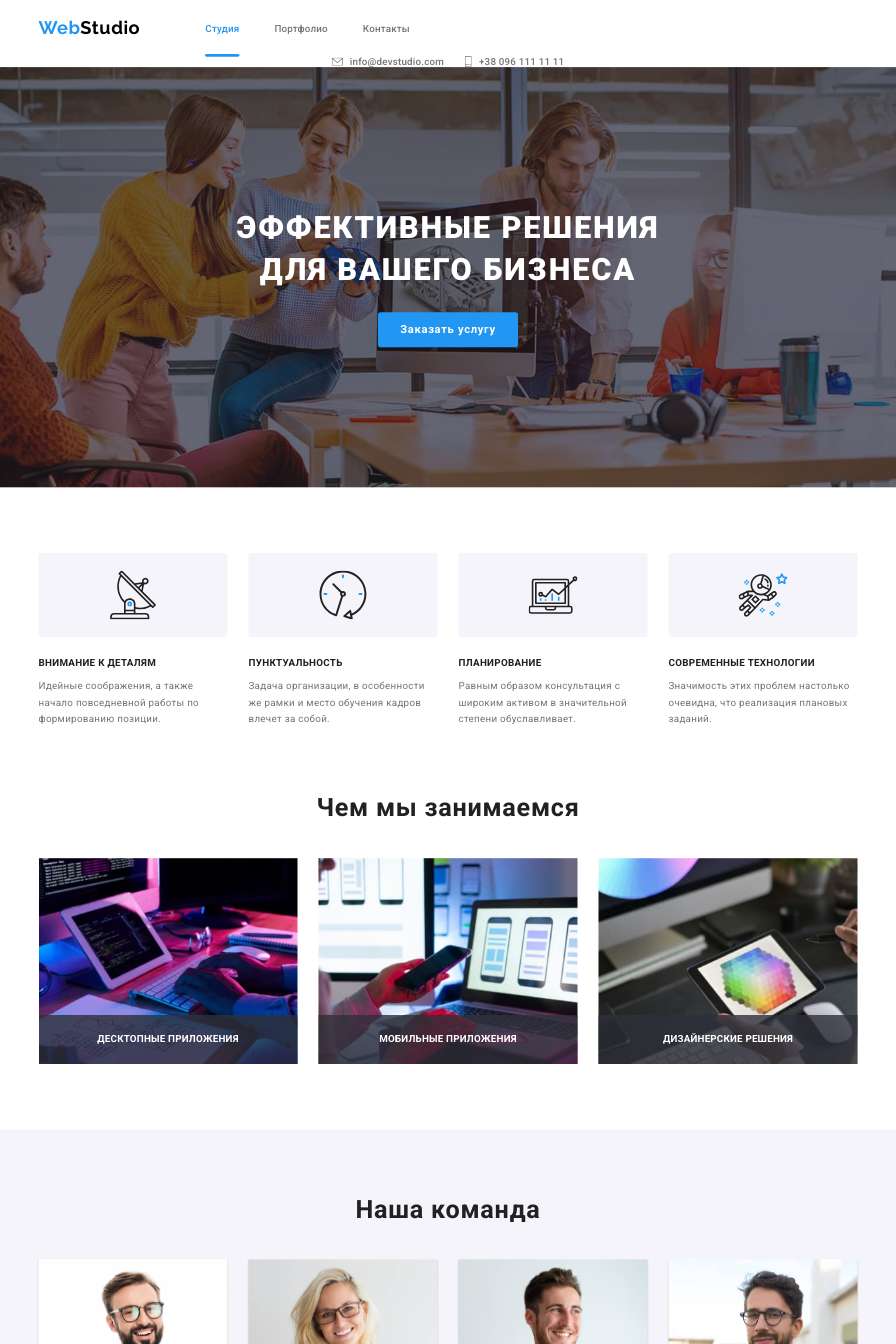
Repository: UliyaKucherernko/home-work-8
Page: index.html
These files come from the project's save history. The page is drawn as it stood at one moment and after the next save; the edit follows.
The browser window is 1280 px wide. The pictures show the part of the page from y = 0 to 1920 px (the page is 2941 px tall before and 2926 px after), at 70% of full size.
Some web libraries are served in a nearby version. The style sheet was rebuilt from its Sass, Less or Tailwind sources for each picture, by a compiler version that may differ from the author's.

Above is the page before, as saved 2021-05-04 19:18:15.

### index.html
<!DOCTYPE html>
<html lang="en-ru">
  <head>
    <meta charset="UTF-8" />
    <meta http-equiv="X-UA-Compatible" content="IE=edge" />
    <meta name="viewport" content="width=device-width, initial-scale=1.0" />
    <title>WebStudio Главная</title>
    <link rel="stylesheet" href="https://cdnjs.cloudflare.com/ajax/libs/modern-normalize/1.0.0/modern-normalize.min.css" />
    <link rel="preconnect" href="https://fonts.gstatic.com" />
    <link href="https://fonts.googleapis.com/css2?family=Raleway:wght@700&family=Roboto:wght@400;500;700;900&display=swap" rel="stylesheet" />
    <link rel="stylesheet" href="./css/styles.min.css" />
  </head>
  <body>
    <header class="header">
      <div class="container header__container">
        <nav class="navigation">
          <a href="index.html" class="link logo">
            <span class="web">Web</span><span class="studio">Studio</span></a>
          <ul class="list">
            <li class="header__menu-item">
              <a href="./index.html" class="link header__menu-link current">Студия</a>
            </li>
            <li class="header__menu-item">
              <a href="./porfolio.html" class="link header__menu-link">Портфолио</a>
            </li>
            <li class="header__menu-item">
              <a href="/Contacts" class="link header__menu-link">Контакты</a>
            </li>
          </ul>
        </nav>
        <div class="list header__contact-item">
                    <a class="link header__link" href="mailto:info@devstudio.com">
              <svg class="header__icon" width="16" height="12">
                <use href="./images/icons-sprite.svg#icon-mail"></use>
              </svg>
              info@devstudio.com
            </a>
            <a class="link header__link" href="tel:+380961111111">
              <svg class="header__icon" width="10" height="16">
                <use href="./images/icons-sprite.svg#icon-phone"></use>
              </svg>
              +38 096 111 11 11
            </a>
        </div>
      </div>
    </header>

    <main>
      <!--особенности-->
      <section class="hero__section overlay">
        <div class="container hero">
           <h1 class="hero__sleng">Эффективные решения для вашего бизнеса</h1>
           <button data-modal-open type="button" class="hero__btn">Заказать услугу</button>
     <!-- модалка -->
           <div class="backdrop is-hidden" data-modal>
              <div class="modal">
               <button data-modal-close type="button" class="modal__btn">
                 <svg class="modal__icon-close" width="18" height="18">
                   <use href="./images/icons-sprite.svg#icon-close-black"></use>
                 </svg>
               </button>
              <form class="modal__form">
               <p class="modal__title">Оставьте свои данные, мы вам перезвоним</p>
                  <label for="name" class="modal__lable">Имя</label>
                    <div class="modal__form-block">
                      <input type="text" name="name" required class="modal__input" id="name" />
                        <svg class="modal__icon" width="18" height="18">
                          <use href="./images/icons-sprite.svg#icon-person-black"></use>
                        </svg>
                    </div>
                    <label for="tel" class="modal__lable">Телефон</label>
                    <div class="modal__form-block">
                      <input type="tel" name="tel" required class="modal__input" id="tel" />
                      <svg class="modal__icon" width="18" height="18">
                        <use href="./images/icons-sprite.svg#icon-phone-black"></use>
                      </svg>
                    </div>
                    <label for="mail" class="modal__lable">Почта</label>
                    <div class="modal__form-block">
                      <input type="email" name="email" required class="modal__input" id="mail" />
                      <svg class="modal__icon" width="18" height="18">
                        <use href="./images/icons-sprite.svg#icon-email-black"></use>
                      </svg>
                    </div>
                    <label for="commints" class="modal__lable">Коментарий
                    <textarea name="commints" id="commints" rows="8" class="modal__commint" placeholder="Введите текст"></textarea>
                  </label>

                  <div class="contract">
                    <label class="contract-text">
                      <input type="checkbox" name="confirm">
                      <span contenteditable="" class="contract-checkbox"></span>Соглашаюсь с рассылкой и принимаю
                      <a href="" class="contract__link">Условия договора</a>
                    </label>
                    </div>
                    <button type="submit" class="modal__button-close">Отправить</button>
                  </form>
           </div>
           </div>
        </div>

      </section>
      <!--требования к команде-->
      <section class="features">
        <div class="container">
          <ul class="feature__list">
            <li class="feature__item">
                 <div class="feature__icon">
                   <svg class="features__icon" width="70" height="70">
                    <use href="./images/icons-sprite.svg#icon-antenna"></use>
                   </svg>
                  </div>
                <h3 class="feature__main-text">Внимание к деталям</h3>
                <p class="feature__text">
                  Идейные соображения, а также начало повседневной работы по
                  формированию позиции.</p>
            </li>
          <li class="feature__item">
              <div class="feature__icon">
                <svg class="features__icon" width="70" height="70">
                  <use href="./images/icons-sprite.svg#icon-clock"></use>
                </svg>
              </div>
               <h3 class="feature__main-text">Пунктуальность</h3>
                <p class="feature__text">
                  Задача организации, в особенности же рамки и место обучения
                  кадров влечет за собой.
                </p>
           </li>
          <li class="feature__item">
             <div class="feature__icon">
                <svg class="features__icon" width="70" height="70">
                  <use href="./images/icons-sprite.svg#icon-diagram"></use>
                </svg>
              </div>
              <h3 class="feature__main-text">Планирование</h3>
                <p class="feature__text">
                  Равным образом консультация с широким активом в значительной
                  степени обуславливает.
                </p>
            </li>
            <li class="feature__item">
              <div class="feature__icon">
                <svg class="features__icon" width="70" height="70">
                  <use href="./images/icons-sprite.svg#icon-astronaut"></use>
                </svg>
              </div>
                <h3 class="feature__main-text">Современные технологии</h3>
                <p class="feature__text">
                  Значимость этих проблем настолько очевидна, что реализация
                  плановых заданий. </p>
              </li>
          </ul>
        </div>
      </section>

      <!--3 бокса-->
      <section class="work">
        <div class="container">
          <h2 class="section-title">Чем мы занимаемся</h2>
          <ul class="work__boxes">
            <li class="work__box-product">
               <img src="./images/box-1.jpg" alt="работа на планшете" width="370"/>
               <div class="work__content">
                <p>Десктопные приложения</p>
              </div>
            </li>
            <li class="work__box-product">
                <img src="./images/box-2.jpg" alt="мобильные приложения" width="370"/>
                <div class="work__content">
                  <p>Мобильные приложения</p>
                </div>
            </li>
            <li class="work__box-product">
                <img src="./images/box-3.jpg" alt="цветные соты на планшете" width="370"/>
                <div class="work__content">
                  <p>Дизайнерские решения</p>
                </div>
              </li>
          </ul>
        </div>
      </section>

      <!--Команда-->
      <section class="team">
        <div class="container">
          <h2 class="section-title">Наша команда</h2>
          <ul class="team__body">
            <li class="team__card">
              <img
                src="./images/igor.jpg"
                alt="парень в очках с бородой и в бордовой рубашке"
                width="270"
                height="260"
              />
              <div class="team__names">
                <h3 class="names">Игорь Демьяненко</h3>
                <p lang="en" class="team__profession">Product Designer</p>
                <ul class="social-icons">
                  <li class="social-icon-item">
                    <a href="" class="social-icon-link team__icon">
                      <svg>
                        <use
                          href="./images/icons-sprite.svg#icon-instagram"
                        ></use>
                      </svg>
                    </a>
                  </li>
                  <li class="social-icon-item">
                    <a href="" class="social-icon-link team__icon">
                      <svg>
                        <use
                          href="./images/icons-sprite.svg#icon-twitter"
                        ></use>
                      </svg>
                    </a>
                  </li>
                  <li class="social-icon-item">
                    <a href="" class="social-icon-link team__icon">
                      <svg>
                        <use
                          href="./images/icons-sprite.svg#icon-facebook"
                        ></use>
                      </svg>
                    </a>
                  </li>
                  <li class="social-icon-item">
                    <a href="" class="social-icon-link team__icon">
                      <svg>
                        <use
                          href="./images/icons-sprite.svg#icon-linkedin"
                        ></use>
                      </svg>
                    </a>
                  </li>
                </ul>
              </div>
            </li>
            <li class="team__card">
              <img
                src="./images/olga.jpg"
                alt="бизнесс блондинка в очках"
                width="270"
                height="260"
              />
              <div class="team__names">
                <h3 class="names">Ольга Репина</h3>
                <p lang="en" class="team__profession">Frontend Developer</p>
                <ul class="social-icons">
                  <li class="social-icon-item">
                    <a href="" class="social-icon-link team__icon">
                      <svg>
                        <use
                          href="./images/icons-sprite.svg#icon-instagram"
                        ></use>
                      </svg>
                    </a>
                  </li>
                  <li class="social-icon-item">
                    <a href="" class="social-icon-link team__icon">
                      <svg>
                        <use
                          href="./images/icons-sprite.svg#icon-twitter"
                        ></use>
                      </svg>
                    </a>
                  </li>
                  <li class="social-icon-item">
                    <a href="" class="social-icon-link team__icon">
                      <svg>
                        <use
                          href="./images/icons-sprite.svg#icon-facebook"
                        ></use>
                      </svg>
                    </a>
                  </li>
                  <li class="social-icon-item">
                    <a href="" class="social-icon-link team__icon">
                      <svg>
                        <use
                          href="./images/icons-sprite.svg#icon-linkedin"
                        ></use>
                      </svg>
                    </a>
                  </li>
                </ul>
              </div>
            </li>
            <li class="team__card">
              <img
                src="./images/nicolai.jpg"
                alt="парень в белой рубашке"
                width="270"
                height="260"
              />
              <div class="team__names">
                <h3 class="names">Николай Тарасов</h3>
                <p lang="en" class="team__profession">Marketing</p>
                <ul class="social-icons">
                  <li class="social-icon-item">
                    <a href="" class="social-icon-link team__icon">
                      <svg>
                        <use
                          href="./images/icons-sprite.svg#icon-instagram"
                        ></use>
                      </svg>
                    </a>
                  </li>
                  <li class="social-icon-item">
                    <a href="" class="social-icon-link team__icon">
                      <svg>
                        <use
                          href="./images/icons-sprite.svg#icon-twitter"
                        ></use>
                      </svg>
                    </a>
                  </li>
                  <li class="social-icon-item">
                    <a href="" class="social-icon-link team__icon">
                      <svg>
                        <use
                          href="./images/icons-sprite.svg#icon-facebook"
                        ></use>
                      </svg>
                    </a>
                  </li>
                  <li class="social-icon-item">
                    <a href="" class="social-icon-link team__icon">
                      <svg>
                        <use
                          href="./images/icons-sprite.svg#icon-linkedin"
                        ></use>
                      </svg>
                    </a>
                  </li>
                </ul>
              </div>
            </li>
            <li class="team__card">
              <img
                src="./images/mihael.jpg"
                alt="парень в черной футболке и в очках"
                width="270"
                height="260"
              />
              <div class="team__names">
                <h3 class="names">Михаил Ермаков</h3>
                <p lang="en" class="team__profession">UI Designer</p>
                <ul class="social-icons">
                  <li class="social-icon-item">
                    <a href="" class="social-icon-link team__icon">
                      <svg>
                        <use
                          href="./images/icons-sprite.svg#icon-instagram"
                        ></use>
                      </svg>
                    </a>
                  </li>
                  <li class="social-icon-item">
                    <a href="" class="social-icon-link team__icon">
                      <svg>
                        <use
                          href="./images/icons-sprite.svg#icon-twitter"
                        ></use>
                      </svg>
                    </a>
                  </li>
                  <li class="social-icon-item">
                    <a href="" class="social-icon-link team__icon">
                      <svg>
                        <use
                          href="./images/icons-sprite.svg#icon-facebook"
                        ></use>
                      </svg>
                    </a>
                  </li>
                  <li class="social-icon-item">
                    <a href="" class="social-icon-link team__icon">
                      <svg>
                        <use
                          href="./images/icons-sprite.svg#icon-linkedin"
                        ></use>
                      </svg>
                    </a>
                  </li>
                </ul>
              </div>
            </li>
          </ul>
        </div>
      </section>

      <!-- постоянные клиенты -->
      <section class="clients">
        <div class="container">
          <h2 class="section-title">Постоянные клиенты</h2>
          <ul class="clients__list">
            <li class="clients__item">
              <a class="client__link" href="">
                <svg class="client__logo" width="44" height="50">
                  <use href="./images/icons-sprite.svg#icon-logo-1"></use>
                </svg>
              </a>
            </li>
            <li class="clients__item">
              <a class="client__link" href="">
                <svg class="client__logo" width="40" height="52">
                  <use href="./images/icons-sprite.svg#icon-logo-2"></use>
                </svg>
              </a>
            </li>
            <li class="clients__item">
              <a class="client__link" href="">
                <svg class="client__logo" width="41" height="42">
                  <use href="./images/icons-sprite.svg#icon-logo-3"></use>
                </svg>
              </a>
            </li>
            <li class="clients__item">
              <a class="client__link" href="">
                <svg class="client__logo" width="79" height="42">
                  <use href="./images/icons-sprite.svg#icon-logo-4"></use>
                </svg>
              </a>
            </li>
            <li class="clients__item">
              <a class="client__link" href="">
                <svg class="client__logo" width="59" height="47">
                  <use href="./images/icons-sprite.svg#icon-logo-5"></use>
                </svg>
              </a>
            </li>
            <li class="clients__item">
              <a class="client__link" href="">
                <svg class="client__logo" width="88" height="45">
                  <use href="./images/icons-sprite.svg#icon-logo-6"></use>
                </svg>
              </a>
            </li>
          </ul>
        </div>
      </section>
    </main>

    <!--подвал-->
    <footer class="footer">
      <div class="container footer__container">
          <div class="footer__block">
            <a class="link logo" href="index.html">
              <span class="web">Web</span><span class="footer__studio">Studio</span></a>
            <address>
              <ul class="footer__list">
                <li>
                  <a href="" class="link footer__adress">г. Киев, пр-т Леси Украинки, 26</a>
                </li>
                <li>
                  <a href="mailto:info@example.com" class="link footer__contact">info@example.com</a>
                </li>
                <li>
                  <a href="+380991111111" class="link footer__contact">+38 099 111 11 11</a>
                </li>
              </ul>
            </address>
          </div>
          <div class="footer__block">
                         <p class="footer__sleng">присоединяйтесь</p>
                       <ul class="social-icons">
              <li class="social-icon-item">
                <a href="" class="social-icon-link footer__icon">
                  <svg>
                    <use href="./images/icons-sprite.svg#icon-instagram"></use>
                  </svg>
                </a>
              </li>
              <li class="social-icon-item">
                <a href="" class="social-icon-link footer__icon">
                  <svg>
                    <use href="./images/icons-sprite.svg#icon-twitter"></use>
                  </svg>
                </a>
              </li>
              <li class="social-icon-item">
                <a href="" class="social-icon-link footer__icon">
                  <svg>
                    <use href="./images/icons-sprite.svg#icon-facebook"></use>
                  </svg>
                </a>
              </li>
              <li class="social-icon-item">
                <a href="" class="social-icon-link footer__icon">
                  <svg>
                    <use href="./images/icons-sprite.svg#icon-linkedin"></use>
                  </svg>
                </a>
              </li>
            </ul>
        </div>
              <div class="footer__block">
                <p class="footer__sleng">подпишитесь на рассылку</p>
                 <form name="footer__form" class="footer__form" novalidate>
                      <input type="email" name="email" class="footer__contact-form" id="user_email" placeholder="E-mail" />
                     <button type="submit" class="footer__button">Подписаться
                        <svg class="footer__icon-send" width="24px" height="24px">
                          <use href="./images/icons-sprite.svg#icon-icon-send"></use>
                        </svg>
                      </button>
                   </form>
              </div>
        </div>
    </footer>
    <script src="./js/modal.js"></script>
  </body>
</html>

### sass/utils/_variables.scss
:root {
  --main-text-color: #757575;
  --accent-color: #2196f3;
  --title-color: #212121;
  --dark-bg-color: #2f303a;
  --content-color: #ffffff;
  --team-color: #f5f4fa;
  --social-color: #afb1b8;
  --grid-item: 1;
}

### sass/base/_container.scss
.container {
  width: 1200px;
  padding-left: 15px;
  padding-right: 15px;
  margin-right: auto;
  margin-left: auto;
  box-sizing: border-box;
}

.footer__container {
  display: flex;
  justify-content: space-between;
}

### sass/base/_logo.scss
.logo {
  font-family: Raleway;
  font-weight: 700;
  font-size: 26px;
  line-height: 1.19;
  letter-spacing: 0.03em;
}

.web {
  color: var(--accent-color);
}

.studio {
  color: #000000;
  margin-right: 93px;
}

.footer__studio {
  color: var(--content-color);
}

### sass/components/_button.scss
button:hover,
button:focus {
  background: var(--accent-color);
  color: var(--content-color);
  transition-duration: 250ms;
  transition-timing-function: cubic-bezier(0.4, 0, 0.2, 1);
}

button {
  cursor: pointer;
  font-family: inherit;
}

### sass/components/_social-icon.scss
.social-icons {
  display: inline-flex;
}

.social-icon-item {
  display: block;
}

.social-icon-item svg {
  width: 20px;
  height: 20px;
}

.social-icon-item:not(:last-child) {
  margin-right: 10px;
}

.social-icon-link {
  display: flex;
  justify-content: center;
  align-items: center;
  width: 44px;
  height: 44px;
  border-radius: 50%;
}

### sass/components/_logo.scss
.logo {
  font-family: Raleway;
  font-weight: 700;
  font-size: 26px;
  line-height: 1.19;
  letter-spacing: 0.03em;
}

.web {
  color: var(--accent-color);
}

.studio {
  color: #000000;
  margin-right: 93px;
}

.footer__studio {
  color: var(--content-color);
}

Loaded but not shown: js/modal.js (common file); sass/styles.scss (850 lines, source omitted); sass/vendors/_modern-normalize.scss (1 lines, source omitted); sass/base/_common.scss (47 lines, source omitted)

After the next save:
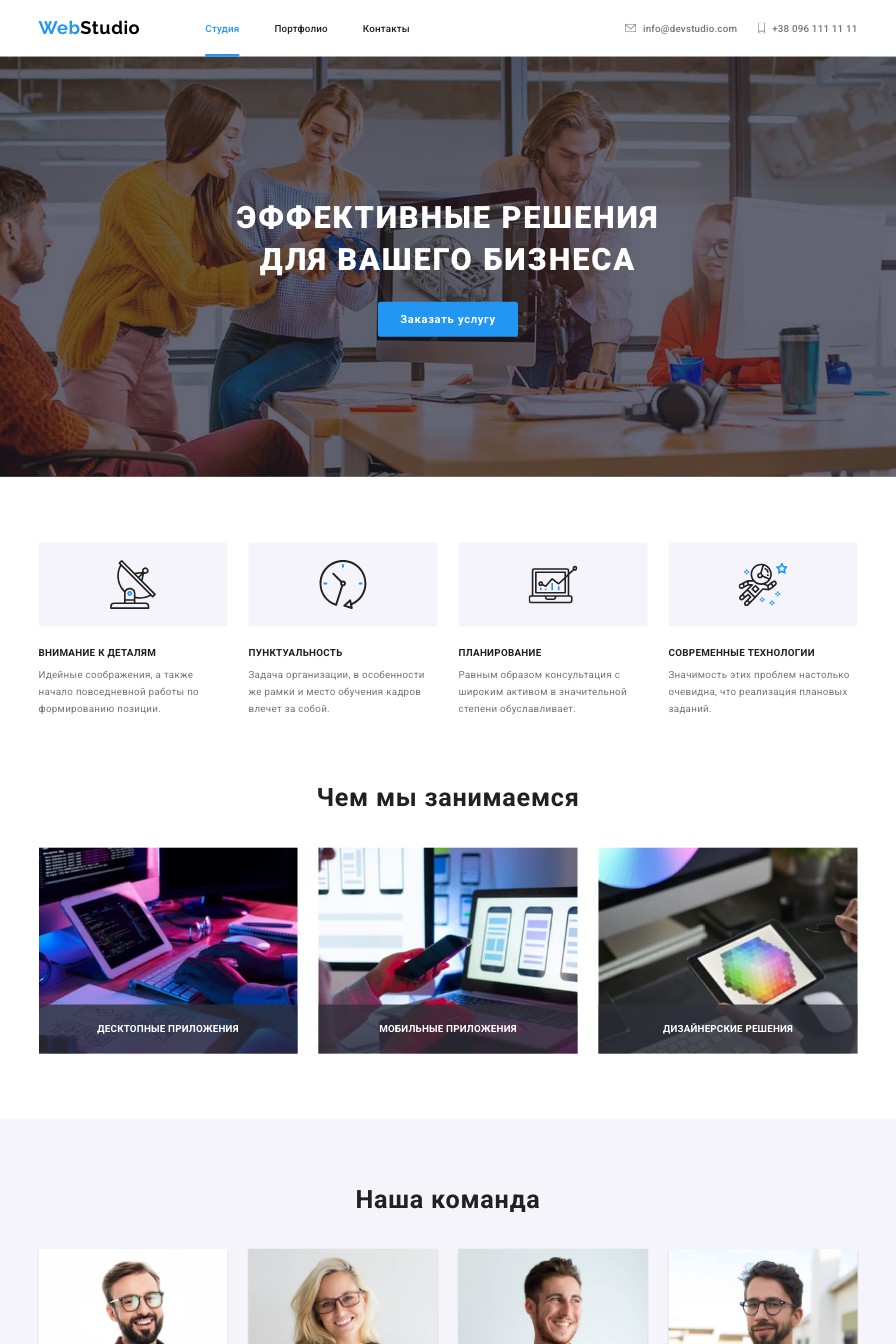
Saved 7 s later.
--- a/sass/base/_container.scss
+++ b/sass/base/_container.scss
@@ -7,6 +7,14 @@
   box-sizing: border-box;
 }
 
+.header__container {
+  border-bottom: 1px solid #eeeeee;
+  color: var(--title-color);
+  display: flex;
+  justify-content: flex-end;
+  align-items: center;
+}
+
 .footer__container {
   display: flex;
   justify-content: space-between;
